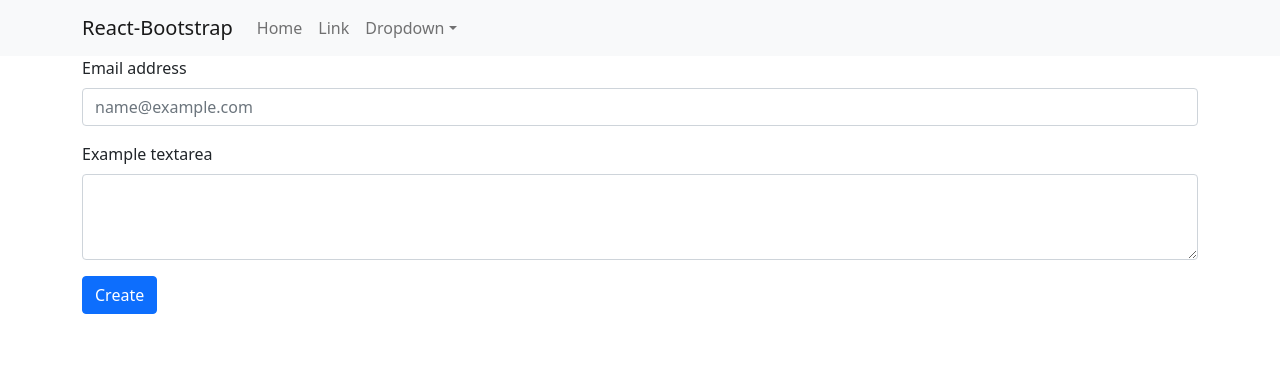
Repository: nnbxxx/-Redux-Ultimate---Redux
Page: /
The author's editor kept a copy of each file at every save. The page is drawn from the files as they stood at one save, then again after the next save.
The browser window is 1280 px wide. The pictures show the whole page.
The page's requests for data from a server got no answer. The project was rebuilt for these pictures with package versions that can differ from the ones it lists, and the page was loaded fresh each time. No one was signed in, and anything a server would have sent is missing.

Above is the page before, as saved 2023-04-22 08:14:33.

### src/index.js
import React from "react";
import ReactDOM from "react-dom";
import "./index.css";
import App from "./App";
import reportWebVitals from "./reportWebVitals";
import { Provider } from "react-redux";
import store from "./redux/store";
import "bootstrap/dist/css/bootstrap.min.css";
ReactDOM.render(
  <Provider store={store}>
    <React.StrictMode>
      <App />
    </React.StrictMode>
  </Provider>,
  document.getElementById("root")
);

// If you want to start measuring performance in your app, pass a function
// to log results (for example: reportWebVitals(console.log))
// or send to an analytics endpoint. Learn more: https://bit.ly/CRA-vitals
reportWebVitals();

### src/App.js
import logo from "./logo.svg";
// import "./App.css";
import { increaseCounter, decreaseCounter } from "./action/actions.js";
import { connect, useDispatch, useSelector } from "react-redux";
import axios from "axios";
import { useEffect } from "react";
import Home from "./components/Home";
function App(props) {
  const dispatch = useDispatch();
  const count = useSelector((state) => {
    return state.counter.count;
  });
  const fetchAllUser = async () => {
    const re = await axios.get("http://localhost:8080/users/all");
    const data = re && re.data ? re.data : [];
  };
  useEffect(() => {
    fetchAllUser();
  }, []);
  return (
    <div className='App'>
      {/* <header className='App-header'>
        <img src={logo} className='App-logo' alt='logo' />
        <h1>Hello world with React and Hoi Dan IT!</h1>
        <div>Count: {count}</div>

        <button onClick={() => dispatch(increaseCounter())}>
          Increase Count
        </button>

        <button onClick={() => dispatch(decreaseCounter())}>
          Decrease Count
        </button>
      </header> */}
      <Home />
    </div>
  );
}
// const mapStateToProps = (state) => {
//   return {
//     count: state.counter.count,
//   };
// };

// const mapDispatchToProps = (dispatch) => {
//   return {
//     increaseCounter: () => dispatch(increaseCounter()),

//     decreaseCounter: () => dispatch(decreaseCounter()),
//   };
// };

// export default connect(mapStateToProps, mapDispatchToProps)(App);
export default App;

### src/redux/store.js
import { createStore } from "redux";

import rootReducer from "../reducer/rootReducer.js";
import { composeWithDevTools } from "redux-devtools-extension";
const store = createStore(rootReducer, composeWithDevTools());

export default store;

### src/action/actions.js
import { INCREMENT, DECREMENT } from "./types.js";

export const increaseCounter = () => {
  return {
    type: INCREMENT,
  };
};

export const decreaseCounter = () => {
  return {
    type: DECREMENT,
  };
};

### src/components/Home.js
import FormAddNew from "./FormAddNew";
import Header from "./Header";
import TableUser from "./TableUser";

const Home = (props) => {
  return (
    <>
      <Header />
      <FormAddNew />
      <TableUser />
    </>
  );
};
export default Home;

### src/reducer/rootReducer.js
import { combineReducers } from "redux";

import counterReducer from "./counterReducer.js";

const rootReducer = combineReducers({
  counter: counterReducer,
});

export default rootReducer;

### src/action/types.js
export const INCREMENT = "INCREMENT";

export const DECREMENT = "DECREMENT";

### src/components/FormAddNew.js
import Container from "react-bootstrap/Container";
import Button from "react-bootstrap/Button";
import Form from "react-bootstrap/Form";

const FormAddNew = (props) => {
  return (
    <>
      <Container>
        <Form>
          <Form.Group className='mb-3' controlId='exampleForm.ControlInput1'>
            <Form.Label>Email address</Form.Label>
            <Form.Control type='email' placeholder='name@example.com' />
          </Form.Group>
          <Form.Group className='mb-3' controlId='exampleForm.ControlTextarea1'>
            <Form.Label>Example textarea</Form.Label>
            <Form.Control as='textarea' rows={3} />
          </Form.Group>
        </Form>
        <Button variant='primary'>Create</Button>
      </Container>
    </>
  );
};
export default FormAddNew;

### src/components/Header.js
import Container from "react-bootstrap/Container";
import Nav from "react-bootstrap/Nav";
import Navbar from "react-bootstrap/Navbar";
import NavDropdown from "react-bootstrap/NavDropdown";
const Header = () => {
  return (
    <>
      <Navbar bg='light' expand='lg'>
        <Container>
          <Navbar.Brand href='#home'>React-Bootstrap</Navbar.Brand>
          <Navbar.Toggle aria-controls='basic-navbar-nav' />
          <Navbar.Collapse id='basic-navbar-nav'>
            <Nav className='me-auto'>
              <Nav.Link href='#home'>Home</Nav.Link>
              <Nav.Link href='#link'>Link</Nav.Link>
              <NavDropdown title='Dropdown' id='basic-nav-dropdown'>
                <NavDropdown.Item href='#action/3.1'>Action</NavDropdown.Item>
                <NavDropdown.Item href='#action/3.2'>
                  Another action
                </NavDropdown.Item>
                <NavDropdown.Item href='#action/3.3'>
                  Something
                </NavDropdown.Item>
                <NavDropdown.Divider />
                <NavDropdown.Item href='#action/3.4'>
                  Separated link
                </NavDropdown.Item>
              </NavDropdown>
            </Nav>
          </Navbar.Collapse>
        </Container>
      </Navbar>
    </>
  );
};
export default Header;

### src/components/TableUser.js
const TableUser = (props) => {
  return <></>;
};
export default TableUser;

### src/reducer/counterReducer.js
import { INCREMENT, DECREMENT } from "../action/types.js";

const INITIAL_STATE = {
  count: 0,
};

const reducer = (state = INITIAL_STATE, action) => {
  switch (action.type) {
    case INCREMENT:
      return {
        ...state,
        count: state.count + 1,
      };

    case DECREMENT:
      return {
        ...state,
        count: state.count - 1,
      };

    default:
      return state;
  }
};

export default reducer;

Loaded but not shown: public/index.html (common file); src/index.css (common file); src/reportWebVitals.js (common file)

After the next save:
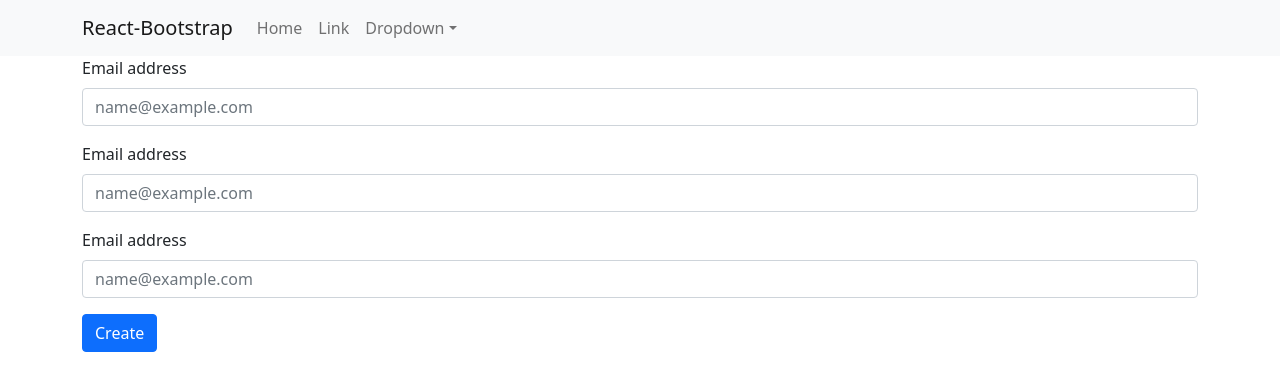
Saved 23 s later.
--- a/src/components/FormAddNew.js
+++ b/src/components/FormAddNew.js
@@ -11,9 +11,13 @@ const FormAddNew = (props) => {
             <Form.Label>Email address</Form.Label>
             <Form.Control type='email' placeholder='name@example.com' />
           </Form.Group>
-          <Form.Group className='mb-3' controlId='exampleForm.ControlTextarea1'>
-            <Form.Label>Example textarea</Form.Label>
-            <Form.Control as='textarea' rows={3} />
+          <Form.Group className='mb-3' controlId='exampleForm.ControlInput1'>
+            <Form.Label>Email address</Form.Label>
+            <Form.Control type='email' placeholder='name@example.com' />
+          </Form.Group>
+          <Form.Group className='mb-3' controlId='exampleForm.ControlInput1'>
+            <Form.Label>Email address</Form.Label>
+            <Form.Control type='email' placeholder='name@example.com' />
           </Form.Group>
         </Form>
         <Button variant='primary'>Create</Button>
